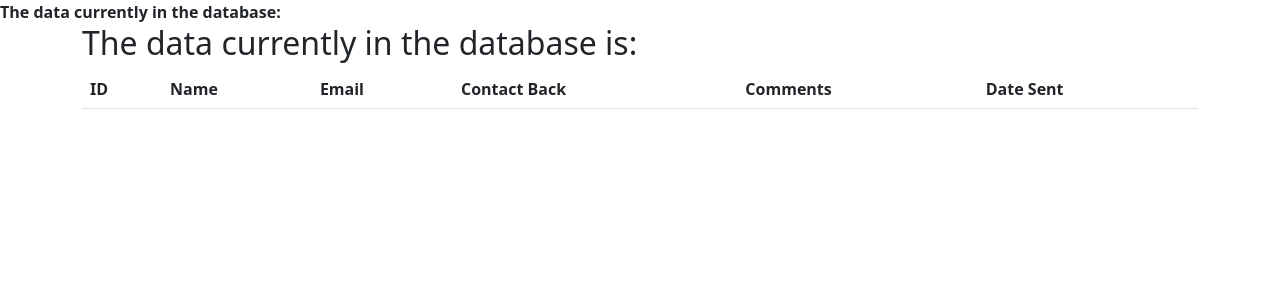
Repository: MarianCurtis/PHP-week3
Page: http://localhost/week6/lesson14.php
An editor plug-in stored every save of this project. The page is shown before and after the next save, followed by the edit.
The browser window is 1280 px wide. The pictures show the whole page.
The page is run by PHP 8.4 with error messages shown; the project is at /var/www/html/. Queries for data that is not in the repository find no rows.

Above is the page before, as saved 2023-03-19 16:14:12.

### week6/lesson14.php
<?php
    $hostname = "php-mysql-exercisedb.slccwebdev.com";
    $username = "phpmysqlexercise";
    $password = "mysqlexercise";
    $databasename = "php_mysql_exercisedb";

    try {
        //Create new PDO Object with connection parameters
        $conn = new PDO("mysql:host=$hostname;dbname=$databasename",$username, $password);

        //Set PDO error mode to exception
        $conn->setAttribute(PDO::ATTR_ERRMODE, PDO::ERRMODE_EXCEPTION);

        //Variable containing SQL command
        $sql = "SELECT * FROM mc_sp23_Contacts;";

        //Prepare SQL statement on server
        $stmt = $conn->prepare($sql);

        //Execute SQL statement on server
        $return = $conn->query($sql);

        //Print returned data to the screen
        echo "<b>The data currently in the database: </b><br>\n";
        foreach ($conn->query($sql) as $row) {
            echo $row['contactID'] . " | ";
            echo $row['name'] . " | ";
            echo $row['email'] . " | ";
            echo $row['contactBack'] . " | ";
            echo $row['comments'] . " | ";
            echo $row['dateSent'] . "<br>\n";}


    } catch (PDOException $error) {

        //Return error code if one is created
        echo "Execution error: <br>" . $sql . "<br>" . $error->getMessage();
    }

    $conn = null;
?>

<!DOCTYPE html>
<html lang="en">
  <head>
    <meta charset="UTF-8">
    <meta http-equiv="X-UA-Compatible" content="IE-edge">
    <meta name="viewpoint" content="width=device-width, initial-scale=1.0">
    <!-- Adding Boostrap -->
    <link href="https://cdn.jsdelivr.net/npm/bootstrap@5.2.3/dist/css/bootstrap.min.css" rel="stylesheet"
    integrity="sha384-rbsA2VBKQhggwzxH7pPCaAqO46MgnOM80zW1RWuH61DGLwZJEdK2Kadq2F9CUG65" crossorigin="anonymous">

    <!-- JavaScript Bundle with Popper -->
    <script src="https://cdn.jsdelivr.net/npm/bootstrap@5.2.3/dist/js/bootstrap.bundle.min.js"
    integrity="sha384-kenU1KFdBIe4zVF0s0G1M5b4hcpxyD9F7jL+jjXkk+Q2h455rYXK/7HAuoJl+0I4"
    crossorigin="anonymous"></script>
    <title>Data Table</title>
   </head>
   <body>
    <!-- Table Section-->
    <section id="table">
      <div class="container">
        <div class="row">
          <div class="col">
            <h2>The data currently in the database is:</h2>

            <!--Table-->
            <table class="table" od="dataTable">
              <thead>
                <try>
                  <th scope="col">ID</th>
                  <th scope="col">Name</th>
                  <th scope="col">Email</th>
                  <th scope="col">Contact Back</th>
                  <th scope="col">Comments</th>
                  <th scope="col">Date Sent</th>
                </try>
              </thead>
              <tbody>
                <?php

                ?>
              </tbody>

            </table>
          </div>
        </div>
      </div>
    </section>
   </body>
</html>

After the next save:
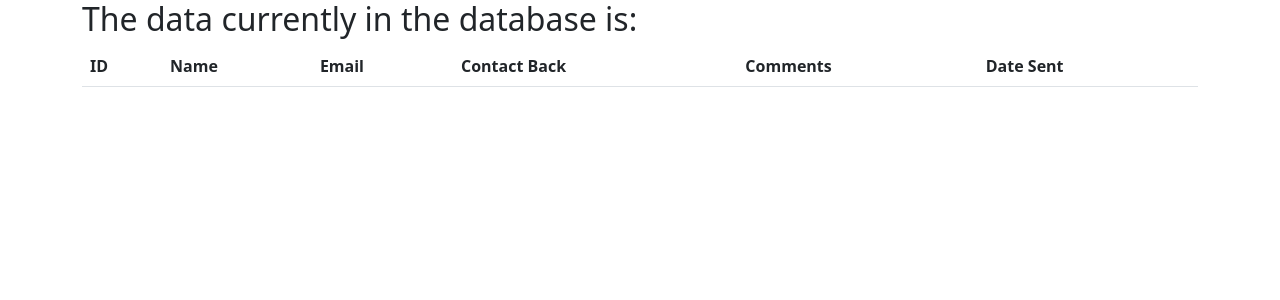
Saved 34 s later.
--- a/week6/lesson14.php
+++ b/week6/lesson14.php
@@ -20,15 +20,7 @@
         //Execute SQL statement on server
         $return = $conn->query($sql);
 
-        //Print returned data to the screen
-        echo "<b>The data currently in the database: </b><br>\n";
-        foreach ($conn->query($sql) as $row) {
-            echo $row['contactID'] . " | ";
-            echo $row['name'] . " | ";
-            echo $row['email'] . " | ";
-            echo $row['contactBack'] . " | ";
-            echo $row['comments'] . " | ";
-            echo $row['dateSent'] . "<br>\n";}
+
 
 
     } catch (PDOException $error) {
